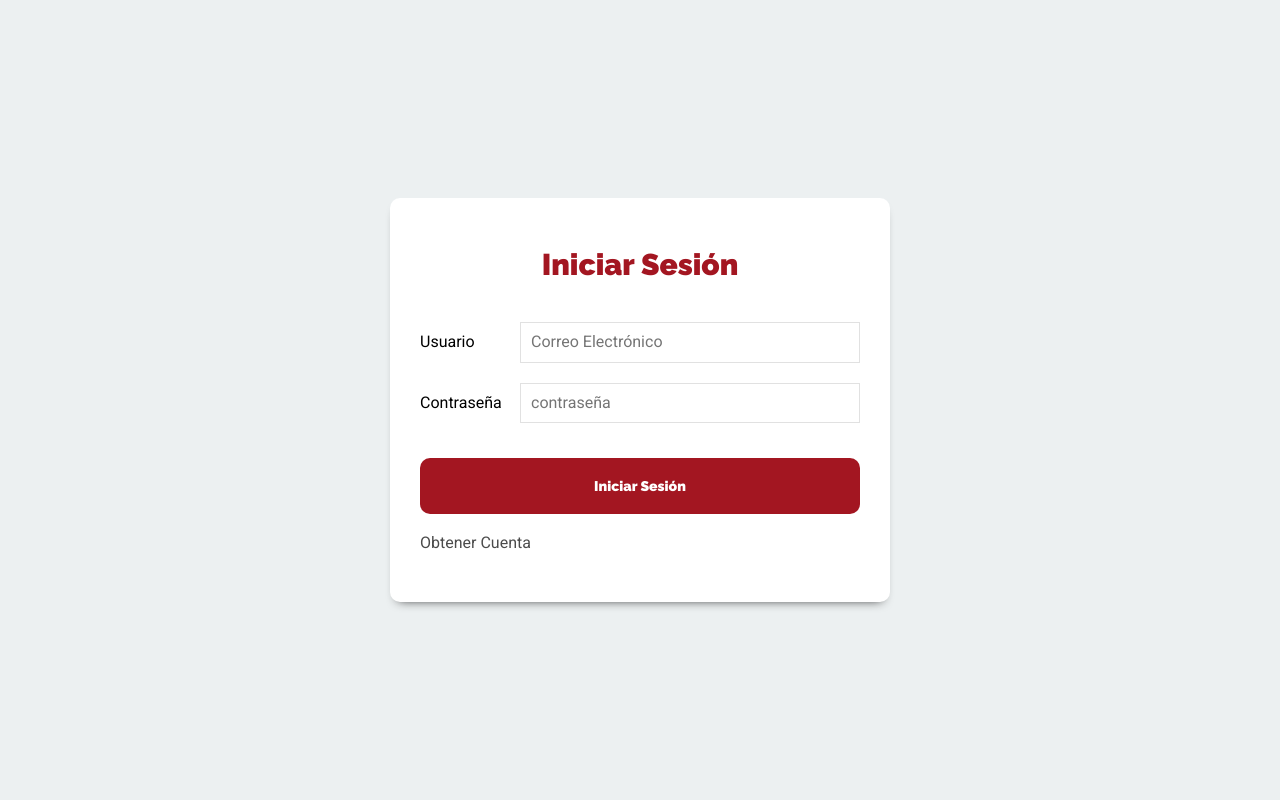
Repository: andrescovarrubias/admin-proyectos
Page: / (app in cliente/)
An editor plug-in stored every save of this project. The page is shown before and after the next save, followed by the edit.
The browser window is 1280 px wide. The pictures show the whole page.
The project was rebuilt for these pictures with package versions that can differ from the ones it lists, and the page was loaded fresh each time. Also part of the build but not shown: cliente/src/components/auth/NuevaCuenta.jsx, cliente/src/components/proyectos/Proyectos.jsx.

Above is the page before, as saved 2020-10-31 16:47:59.

After the next save:
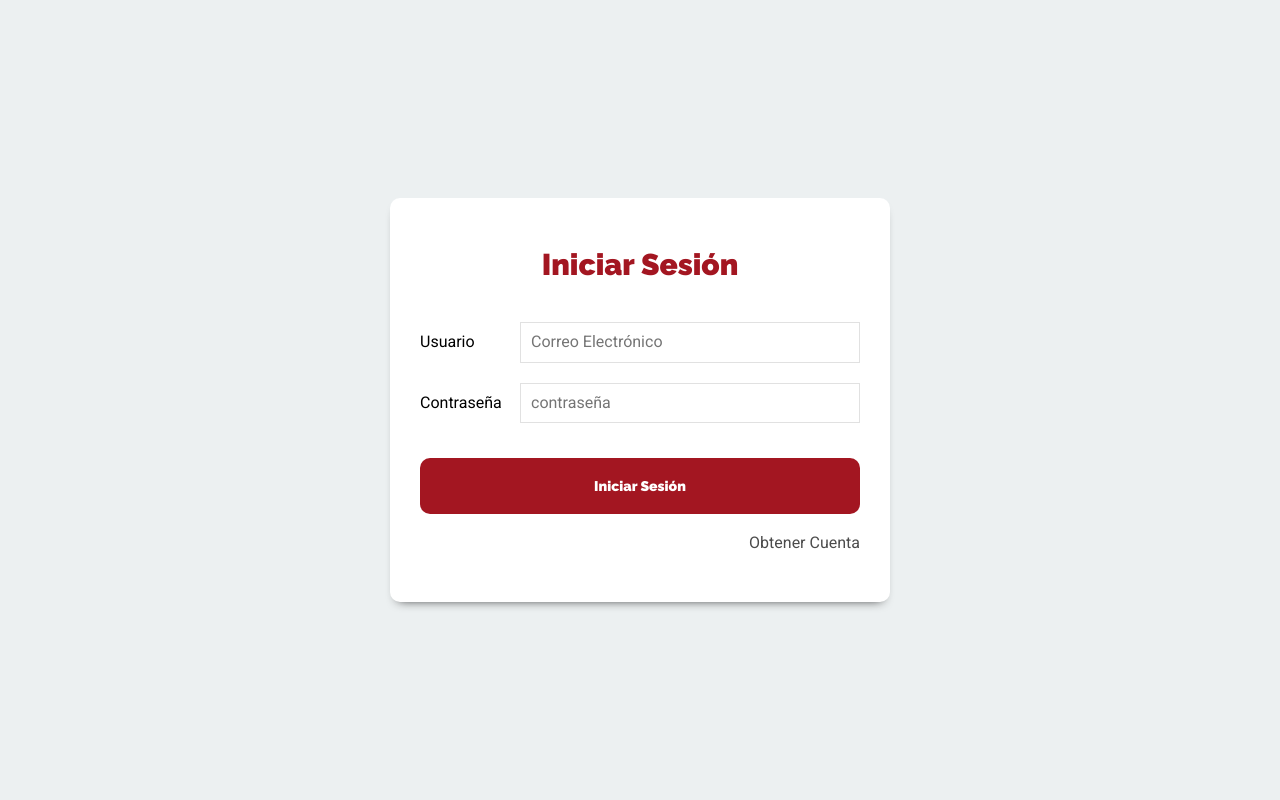
Saved 39 s later.
--- a/cliente/src/index.css
+++ b/cliente/src/index.css
@@ -1,18 +1,20 @@
 :root {
   --blanco: #ffffff;
-  --blanco2: #FCF7FF;
-  --blanco3: #ECF0F1;
-  --azul1: #258EA6;
-  --morado1: #4D376D;
+  --blanco2: #fcf7ff;
+  --blanco3: #ecf0f1;
+  --azul1: #258ea6;
+  --morado1: #4d376d;
   --morado2: #861657;
-  --azul2: #1B065E;
-  --azul3: #2E4052;
-  --rojo: #A31621;
+  --azul2: #1b065e;
+  --azul3: #2e4052;
+  --rojo: #a31621;
   --rojo2: #890620;
-  --headingFont:'Raleway', sans-serif;
-  --textFont:  'Roboto', sans-serif;
-}
-*, *:before, *:after {
+  --headingFont: "Raleway", sans-serif;
+  --textFont: "Roboto", sans-serif;
+}
+*,
+*:before,
+*:after {
   box-sizing: inherit;
 }
 html {
@@ -22,14 +24,14 @@ html {
 }
 body {
   min-height: 100%;
-  background-color: #ECF0F1;
+  background-color: #ecf0f1;
   font-size: 16px;
   font-size: 1.6rem;
   font-family: var(--textFont);
 }
 
-
-h1, h2 {
+h1,
+h2 {
   font-family: var(--headingFont);
   font-weight: 900;
   margin: 0 0 4rem 0;
@@ -64,7 +66,7 @@ a {
   font-weight: bold;
   border-radius: 10px;
   border: none;
-  transition: background-color .3s ease;
+  transition: background-color 0.3s ease;
 }
 .btn:hover {
   cursor: pointer;
@@ -95,23 +97,21 @@ a {
 
 @media (min-width: 768px) {
   .contenedor-app {
-      display: flex;
-      min-height: 100vh;
+    display: flex;
+    min-height: 100vh;
   }
 
   aside {
-      background-color: var(--blanco);
-      flex: 0 0 300px;
+    background-color: var(--blanco);
+    flex: 0 0 300px;
   }
   .seccion-principal {
-      flex: 1;
+    flex: 1;
   }
-
-}
-
+}
 
 /* BARRA LATERAL */
-aside  {
+aside {
   padding: 3rem;
 }
 
@@ -123,7 +123,7 @@ aside  {
   border-radius: 0;
   background-color: var(--gris1);
 }
-.formulario-nuevo-proyecto .input-text::placeholder{
+.formulario-nuevo-proyecto .input-text::placeholder {
   color: var(--gris2);
 }
 .proyectos {
@@ -179,7 +179,7 @@ aside  {
 .input-text {
   padding: 1rem;
   border: none;
-  border-radius: .5rem;
+  border-radius: 0.5rem;
   flex: 1;
   width: 100%;
 }
@@ -189,8 +189,6 @@ aside  {
   padding: 4rem;
 }
 
-
-
 .listado-tareas {
   max-width: 600px;
   margin: 0 auto;
@@ -200,21 +198,20 @@ aside  {
   display: flex;
   justify-content: space-between;
   background-color: var(--blanco);
-  padding: .5rem 2rem;
+  padding: 0.5rem 2rem;
   align-items: center;
   margin-bottom: 1rem;
-  border-radius: .5rem;
-
+  border-radius: 0.5rem;
 }
 .sombra {
-  -webkit-box-shadow: 0px 4px 10px -3px rgba(117,117,117,1);
-  -moz-box-shadow: 0px 4px 10px -3px rgba(117,117,117,1);
-  box-shadow: 0px 4px 10px -3px rgba(117,117,117,1);
+  -webkit-box-shadow: 0px 4px 10px -3px rgba(117, 117, 117, 1);
+  -moz-box-shadow: 0px 4px 10px -3px rgba(117, 117, 117, 1);
+  box-shadow: 0px 4px 10px -3px rgba(117, 117, 117, 1);
 }
 .sombra-dark {
-  -webkit-box-shadow: 0px 6px 11px -8px rgba(0,0,0,0.9);
-  -moz-box-shadow: 0px 6px 11px -8px rgba(0,0,0,0.9);
-  box-shadow: 0px 6px 11px -8px rgba(0,0,0,0.9);
+  -webkit-box-shadow: 0px 6px 11px -8px rgba(0, 0, 0, 0.9);
+  -moz-box-shadow: 0px 6px 11px -8px rgba(0, 0, 0, 0.9);
+  box-shadow: 0px 6px 11px -8px rgba(0, 0, 0, 0.9);
 }
 .tarea .acciones .btn:first-of-type {
   margin-right: 1rem;
@@ -225,8 +222,8 @@ aside  {
   padding-right: 2rem;
 }
 .tarea .btn {
-  padding: .8rem;
-  font-size:1.4rem;
+  padding: 0.8rem;
+  font-size: 1.4rem;
   border-radius: 0;
   margin: 0;
 }
@@ -239,8 +236,8 @@ aside  {
   font-weight: 900;
   font-family: var(--textFont);
   font-size: 1rem;
-  padding: .5rem;
-  border-radius: .5rem;
+  padding: 0.5rem;
+  border-radius: 0.5rem;
   cursor: pointer;
   border: none;
 }
@@ -254,11 +251,11 @@ aside  {
 }
 .completo,
 .correcto {
-  background-color: rgba(154, 252, 154, .3);
+  background-color: rgba(154, 252, 154, 0.3);
   color: var(--gris3);
 }
-.incompleto{
-  background-color: rgba(255, 178, 178, .4);
+.incompleto {
+  background-color: rgba(255, 178, 178, 0.4);
   color: var(--gris3);
 }
 .error {
@@ -268,8 +265,6 @@ aside  {
   color: var(--blanco);
 }
 
-
-
 .tarea-enter,
 .proyecto-enter {
   opacity: 0;
@@ -290,28 +285,28 @@ aside  {
 }
 
 .form-usuario {
-    height: 100vh;
-    min-height: 800px;
-    display: flex;
-    align-items: center;
-    justify-content: center;
+  height: 100vh;
+  min-height: 800px;
+  display: flex;
+  align-items: center;
+  justify-content: center;
 }
 
 .contenedor-form {
-    padding: 5rem 3rem;
-    max-width: 500px;
-    width: 95%;
-    background-color: var(--blanco);
-    border-radius: 1rem;
+  padding: 5rem 3rem;
+  max-width: 500px;
+  width: 95%;
+  background-color: var(--blanco);
+  border-radius: 1rem;
 }
 .contenedor-form h1 {
-  color:#A31621;
+  color: #a31621;
 }
 
 .campo-form {
-    display: flex;
-    margin-bottom: 2rem;
-    align-items: center;
+  display: flex;
+  margin-bottom: 2rem;
+  align-items: center;
 }
 .campo-form:last-of-type {
   margin: 0;
@@ -331,7 +326,8 @@ aside  {
 .enlace-cuenta {
   margin-top: 2rem;
   display: block;
-  opacity: .7;
+  opacity: 0.7;
+  float: right;
 }
 
 .alerta {
@@ -347,12 +343,12 @@ aside  {
   text-align: center;
   width: 100%;
 }
-@media (min-width:768px) {
+@media (min-width: 768px) {
   .alerta {
-      width: auto;
-      top: 30px;
-      right: 10px;
-      left: auto;
+    width: auto;
+    top: 30px;
+    right: 10px;
+    left: auto;
   }
 }
 
